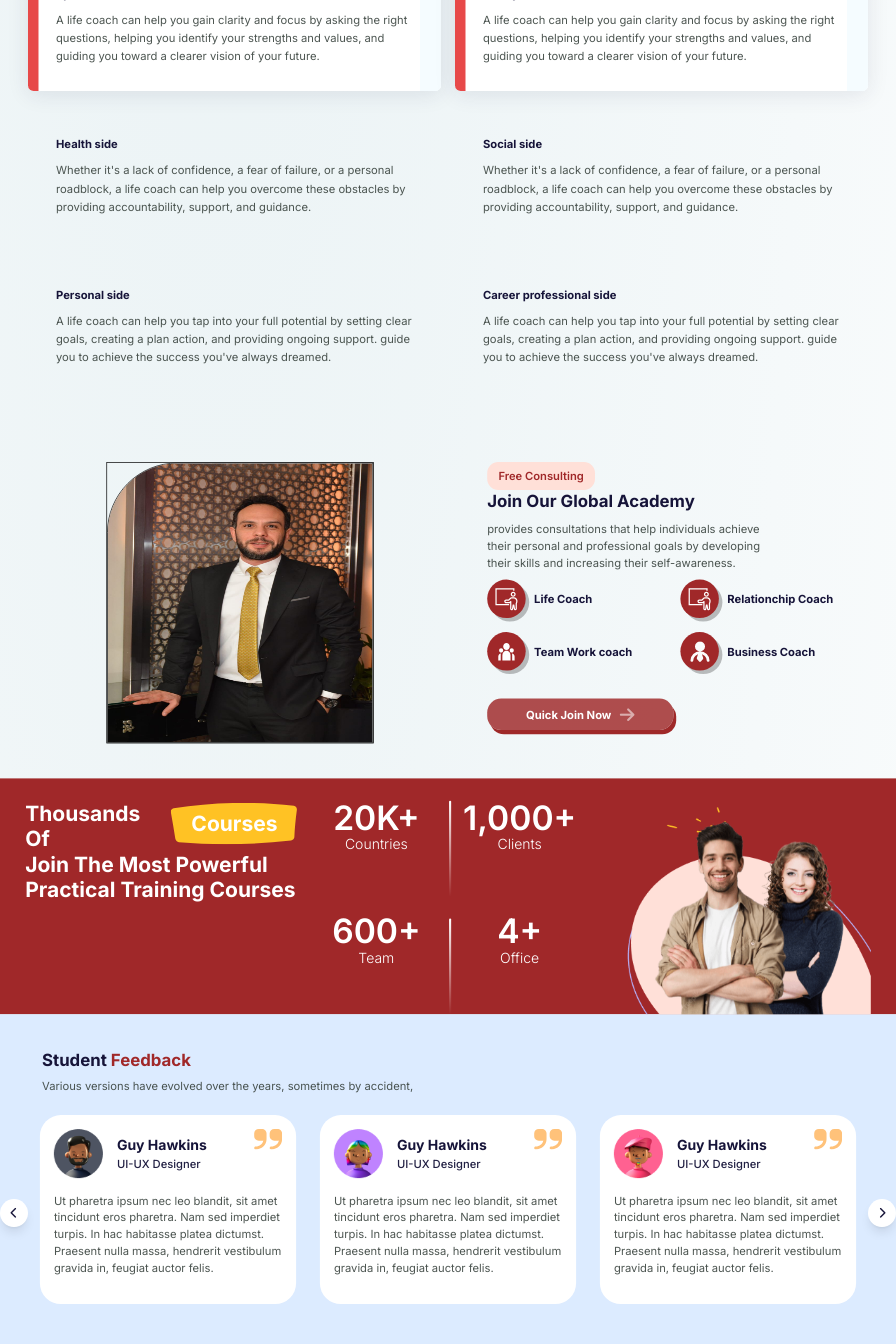
Repository: OmarAhmedEl-hanafy/OT_FRONT
Page: /
These files come from the project's save history. The page is drawn as it stood at one moment and after the next save; the edit follows.
The browser window is 1280 px wide. The pictures show the part of the page from y = 2000 to 3920 px (the page is 5579 px tall), at 70% of full size.
The page's requests for data from a server got no answer. The project was rebuilt for these pictures with package versions that can differ from the ones it lists, and the page was loaded fresh each time. No one was signed in, and anything a server would have sent is missing. Also part of the build but not shown: vite.config.ts, src/components/Legout/Legout.tsx, src/pages/AboutUs/AboutUs.css, src/pages/AboutUs/Section2.tsx, src/pages/AboutUs/Section3.tsx, src/pages/AboutUs/Section4.css, src/pages/AboutUs/Section4.tsx, src/pages/AboutUs/AboutUs.tsx and 28 more. Imported but missing from the stored project, and not drawn on this page: src/assets/images/video-1.mp4, src/assets/images/video-2.mp4.

Above is the page before, as saved 2024-07-28 17:41:01.

### index.html
<!doctype html>
<html lang="en">
  <head>
    <meta charset="UTF-8" />
    <link rel="icon" type="image/svg+xml" href="/dist/OT_Logo.png" />
    <meta name="viewport" content="width=device-width, initial-scale=1.0" />
    <title>OT-Learning</title>
  </head>
  <body>
    <div id="root"></div>
    <script type="module" src="/src/main.tsx"></script>
  </body>
</html>

### src/main.tsx
import React from "react";
import ReactDOM from "react-dom/client";
import { BrowserRouter } from "react-router-dom";
import "@fortawesome/fontawesome-free/css/all.min.css";
import "slick-carousel/slick/slick.css";
import "slick-carousel/slick/slick-theme.css";
import 'react-toastify/dist/ReactToastify.css';
import App from "./App.tsx";
import "./index.css";
import { QueryClient, QueryClientProvider } from "react-query";
import { ThemeProvider } from "@material-tailwind/react";

const queryClient = new QueryClient();

ReactDOM.createRoot(document.getElementById("root")!).render(
  <React.StrictMode>
    <BrowserRouter>
      <QueryClientProvider client={queryClient}>
        <ThemeProvider>
          <App />
        </ThemeProvider>
      </QueryClientProvider>
    </BrowserRouter>
  </React.StrictMode>
);

### src/layouts/MainLayout.tsx
import { Outlet } from "react-router-dom";
import Navbar from "../components/Navbar/Navbar";
import Footer from "../components/Footer/Footer";
import { useRef } from "react";

function MainLayout() {
  const navRef = useRef(null);
  return (
    <>
      <Navbar ref={navRef} />
      <Outlet />
      <Footer />
    </>
  );
}

export default MainLayout;

### src/components/LoadingPage/LoadingPage.tsx
import { Grid } from "react-loader-spinner";

function LoadingPage() {
  return (
    <div className="absolute top-0 left-0 h-screen w-full bg-bg-main z-[9999999] flex items-center justify-center">
      <Grid
        visible={true}
        height="80"
        width="80"
        color="rgb(50, 96, 158)"
        ariaLabel="grid-loading"
        radius="12.5"
        wrapperStyle={{}}
        wrapperClass="grid-wrapper"
      />
    </div>
  );
}

export default LoadingPage;

### src/components/Logo/Logo.tsx
import { Link } from "react-router-dom";
import logo from "../../assets/images/logo.svg";

function Logo({height}:{height:number}) {
  return (
    <div>
      <Link to="/" style={{height:`${height}px`}} className={`text-white block max-w-max`}>
        <img src={logo} alt="RS" />
      </Link>
    </div>
  );
}

export default Logo;

### src/components/HomeComponents/FreeConsulting.tsx
// import imgCons from "../../assets/images/consulting.svg";
import imgRs from "../../assets/images/assitants/RS/rs-3.jpg";
import ButtonMore from "../ButtonMore/ButtonMore";
import HighLight from "../HighLight/HighLight";
import Consult from "./Consult";

function FreeConsulting() {
  const consults = [
    {
      icon: (
        <svg
          width="43"
          height="42"
          viewBox="0 0 43 42"
          fill="none"
          xmlns="http://www.w3.org/2000/svg"
        >
          <path
            fillRule="evenodd"
            clipRule="evenodd"
            d="M5.75 5.25V29.75H25.3386V28H7.5V7H31.125V8.855H32.875V5.25H5.75ZM32.875 14C32.875 14.4641 32.6906 14.9092 32.3624 15.2374C32.0343 15.5656 31.5891 15.75 31.125 15.75C30.6609 15.75 30.2157 15.5656 29.8876 15.2374C29.5594 14.9092 29.375 14.4641 29.375 14C29.375 13.5359 29.5594 13.0908 29.8876 12.7626C30.2157 12.4344 30.6609 12.25 31.125 12.25C31.5891 12.25 32.0343 12.4344 32.3624 12.7626C32.6906 13.0908 32.875 13.5359 32.875 14ZM34.625 14C34.625 14.9283 34.2563 15.8185 33.5999 16.4749C32.9435 17.1313 32.0533 17.5 31.125 17.5C30.1967 17.5 29.3065 17.1313 28.6501 16.4749C27.9937 15.8185 27.625 14.9283 27.625 14C27.625 13.0717 27.9937 12.1815 28.6501 11.5251C29.3065 10.8687 30.1967 10.5 31.125 10.5C32.0533 10.5 32.9435 10.8687 33.5999 11.5251C34.2563 12.1815 34.625 13.0717 34.625 14Z"
            fill="white"
          />
          <path
            fillRule="evenodd"
            clipRule="evenodd"
            d="M26.8318 19.1012C27.3197 18.6354 27.9684 18.3753 28.643 18.375H32.2148C33.4958 18.375 34.6884 18.8107 35.6071 19.6787C36.4909 20.5135 36.9511 21.5836 37.1393 22.5977C37.435 24.192 37.1288 25.9341 36.3754 27.4785V34.5625C36.3754 35.1114 36.169 35.6403 35.7972 36.0442C35.4254 36.448 34.9154 36.6974 34.3683 36.7426C33.8212 36.7879 33.2771 36.6258 32.844 36.2886C32.4109 35.9514 32.1204 35.4636 32.0301 34.9221L31.5629 32.1186L31.0956 34.9221C31.0054 35.4636 30.7149 35.9514 30.2818 36.2886C29.8486 36.6258 29.3045 36.7879 28.7575 36.7426C28.2104 36.6974 27.7003 36.448 27.3285 36.0442C26.9567 35.6403 26.7504 35.1114 26.7504 34.5625V26.3314C26.3513 26.5618 25.8987 26.6831 25.4379 26.6831H20.9736C20.2774 26.6831 19.6098 26.4066 19.1175 25.9143C18.6252 25.422 18.3486 24.7543 18.3486 24.0581C18.3486 23.3619 18.6252 22.6943 19.1175 22.202C19.6098 21.7097 20.2774 21.4331 20.9736 21.4331H24.3861L26.8318 19.1012ZM28.5004 29.2906V34.5625C28.5007 34.6721 28.5421 34.7776 28.6164 34.8581C28.6908 34.9386 28.7927 34.9883 28.9019 34.9973C29.0111 35.0063 29.1197 34.974 29.2063 34.9068C29.2928 34.8396 29.351 34.7423 29.3693 34.6342L30.2819 29.1602C30.3158 28.9559 30.4212 28.7703 30.5792 28.6364C30.7371 28.5024 30.9375 28.4288 31.1446 28.4288H31.9811C32.1883 28.4288 32.3886 28.5024 32.5466 28.6364C32.7046 28.7703 32.8099 28.9559 32.8439 29.1602L33.7565 34.6342C33.7748 34.7423 33.8329 34.8396 33.9195 34.9068C34.006 34.974 34.1147 35.0063 34.2239 34.9973C34.3331 34.9883 34.435 34.9386 34.5093 34.8581C34.5837 34.7776 34.6251 34.6721 34.6254 34.5625V27.2711C34.6254 27.131 34.659 26.993 34.7234 26.8686C35.3989 25.564 35.6448 24.1351 35.419 22.9171C35.2816 22.1769 34.9605 21.4751 34.4058 20.951C33.8396 20.4164 33.0889 20.125 32.2148 20.125H28.6439C28.419 20.125 28.202 20.2116 28.0393 20.3665L25.3408 22.9408C25.1781 23.0961 24.9619 23.1829 24.737 23.1831H20.9736C20.7416 23.1831 20.519 23.2753 20.3549 23.4394C20.1908 23.6035 20.0986 23.8261 20.0986 24.0581C20.0986 24.2902 20.1908 24.5127 20.3549 24.6768C20.519 24.8409 20.7416 24.9331 20.9736 24.9331H25.4379C25.6628 24.9329 25.879 24.8461 26.0416 24.6908L27.0216 23.7562C27.1456 23.6381 27.3016 23.5589 27.4701 23.5285C27.6387 23.4981 27.8125 23.5178 27.9699 23.5853C28.1274 23.6527 28.2616 23.7649 28.3559 23.9079C28.4502 24.0509 28.5004 24.2185 28.5004 24.3898V29.2906Z"
            fill="white"
          />
        </svg>
      ),
      text: "Life Coach",
    },
    {
      icon: (
        <svg
          width="43"
          height="42"
          viewBox="0 0 43 42"
          fill="none"
          xmlns="http://www.w3.org/2000/svg"
        >
          <path
            fillRule="evenodd"
            clipRule="evenodd"
            d="M5.75 5.25V29.75H25.3386V28H7.5V7H31.125V8.855H32.875V5.25H5.75ZM32.875 14C32.875 14.4641 32.6906 14.9092 32.3624 15.2374C32.0343 15.5656 31.5891 15.75 31.125 15.75C30.6609 15.75 30.2157 15.5656 29.8876 15.2374C29.5594 14.9092 29.375 14.4641 29.375 14C29.375 13.5359 29.5594 13.0908 29.8876 12.7626C30.2157 12.4344 30.6609 12.25 31.125 12.25C31.5891 12.25 32.0343 12.4344 32.3624 12.7626C32.6906 13.0908 32.875 13.5359 32.875 14ZM34.625 14C34.625 14.9283 34.2563 15.8185 33.5999 16.4749C32.9435 17.1313 32.0533 17.5 31.125 17.5C30.1967 17.5 29.3065 17.1313 28.6501 16.4749C27.9937 15.8185 27.625 14.9283 27.625 14C27.625 13.0717 27.9937 12.1815 28.6501 11.5251C29.3065 10.8687 30.1967 10.5 31.125 10.5C32.0533 10.5 32.9435 10.8687 33.5999 11.5251C34.2563 12.1815 34.625 13.0717 34.625 14Z"
            fill="white"
          />
          <path
            fillRule="evenodd"
            clipRule="evenodd"
            d="M26.8318 19.1012C27.3197 18.6354 27.9684 18.3753 28.643 18.375H32.2148C33.4958 18.375 34.6884 18.8107 35.6071 19.6787C36.4909 20.5135 36.9511 21.5836 37.1393 22.5977C37.435 24.192 37.1288 25.9341 36.3754 27.4785V34.5625C36.3754 35.1114 36.169 35.6403 35.7972 36.0442C35.4254 36.448 34.9154 36.6974 34.3683 36.7426C33.8212 36.7879 33.2771 36.6258 32.844 36.2886C32.4109 35.9514 32.1204 35.4636 32.0301 34.9221L31.5629 32.1186L31.0956 34.9221C31.0054 35.4636 30.7149 35.9514 30.2818 36.2886C29.8486 36.6258 29.3045 36.7879 28.7575 36.7426C28.2104 36.6974 27.7003 36.448 27.3285 36.0442C26.9567 35.6403 26.7504 35.1114 26.7504 34.5625V26.3314C26.3513 26.5618 25.8987 26.6831 25.4379 26.6831H20.9736C20.2774 26.6831 19.6098 26.4066 19.1175 25.9143C18.6252 25.422 18.3486 24.7543 18.3486 24.0581C18.3486 23.3619 18.6252 22.6943 19.1175 22.202C19.6098 21.7097 20.2774 21.4331 20.9736 21.4331H24.3861L26.8318 19.1012ZM28.5004 29.2906V34.5625C28.5007 34.6721 28.5421 34.7776 28.6164 34.8581C28.6908 34.9386 28.7927 34.9883 28.9019 34.9973C29.0111 35.0063 29.1197 34.974 29.2063 34.9068C29.2928 34.8396 29.351 34.7423 29.3693 34.6342L30.2819 29.1602C30.3158 28.9559 30.4212 28.7703 30.5792 28.6364C30.7371 28.5024 30.9375 28.4288 31.1446 28.4288H31.9811C32.1883 28.4288 32.3886 28.5024 32.5466 28.6364C32.7046 28.7703 32.8099 28.9559 32.8439 29.1602L33.7565 34.6342C33.7748 34.7423 33.8329 34.8396 33.9195 34.9068C34.006 34.974 34.1147 35.0063 34.2239 34.9973C34.3331 34.9883 34.435 34.9386 34.5093 34.8581C34.5837 34.7776 34.6251 34.6721 34.6254 34.5625V27.2711C34.6254 27.131 34.659 26.993 34.7234 26.8686C35.3989 25.564 35.6448 24.1351 35.419 22.9171C35.2816 22.1769 34.9605 21.4751 34.4058 20.951C33.8396 20.4164 33.0889 20.125 32.2148 20.125H28.6439C28.419 20.125 28.202 20.2116 28.0393 20.3665L25.3408 22.9408C25.1781 23.0961 24.9619 23.1829 24.737 23.1831H20.9736C20.7416 23.1831 20.519 23.2753 20.3549 23.4394C20.1908 23.6035 20.0986 23.8261 20.0986 24.0581C20.0986 24.2902 20.1908 24.5127 20.3549 24.6768C20.519 24.8409 20.7416 24.9331 20.9736 24.9331H25.4379C25.6628 24.9329 25.879 24.8461 26.0416 24.6908L27.0216 23.7562C27.1456 23.6381 27.3016 23.5589 27.4701 23.5285C27.6387 23.4981 27.8125 23.5178 27.9699 23.5853C28.1274 23.6527 28.2616 23.7649 28.3559 23.9079C28.4502 24.0509 28.5004 24.2185 28.5004 24.3898V29.2906Z"
            fill="white"
          />
        </svg>
      ),
      text: "Relationchip Coach",
    },
    {
      icon: (
        <svg
          width="29"
          height="30"
          viewBox="0 0 29 30"
          fill="none"
          xmlns="http://www.w3.org/2000/svg"
        >
          <path
            d="M14.4997 12.5C15.7374 12.5 16.9243 11.9732 17.7995 11.0355C18.6747 10.0979 19.1663 8.82608 19.1663 7.5C19.1663 6.17392 18.6747 4.90215 17.7995 3.96447C16.9243 3.02678 15.7374 2.5 14.4997 2.5C13.262 2.5 12.075 3.02678 11.1998 3.96447C10.3247 4.90215 9.83301 6.17392 9.83301 7.5C9.83301 8.82608 10.3247 10.0979 11.1998 11.0355C12.075 11.9732 13.262 12.5 14.4997 12.5ZM6.91634 16.25C7.68989 16.25 8.43176 15.9208 8.97874 15.3347C9.52572 14.7487 9.83301 13.9538 9.83301 13.125C9.83301 12.2962 9.52572 11.5013 8.97874 10.9153C8.43176 10.3292 7.68989 10 6.91634 10C6.14279 10 5.40093 10.3292 4.85395 10.9153C4.30697 11.5013 3.99967 12.2962 3.99967 13.125C3.99967 13.9538 4.30697 14.7487 4.85395 15.3347C5.40093 15.9208 6.14279 16.25 6.91634 16.25ZM24.9997 13.125C24.9997 13.9538 24.6924 14.7487 24.1454 15.3347C23.5984 15.9208 22.8566 16.25 22.083 16.25C21.3095 16.25 20.5676 15.9208 20.0206 15.3347C19.4736 14.7487 19.1663 13.9538 19.1663 13.125C19.1663 12.2962 19.4736 11.5013 20.0206 10.9153C20.5676 10.3292 21.3095 10 22.083 10C22.8566 10 23.5984 10.3292 24.1454 10.9153C24.6924 11.5013 24.9997 12.2962 24.9997 13.125ZM14.4997 13.75C16.0468 13.75 17.5305 14.4085 18.6245 15.5806C19.7184 16.7527 20.333 18.3424 20.333 20V27.5H8.66634V20C8.66634 18.3424 9.28092 16.7527 10.3749 15.5806C11.4688 14.4085 12.9526 13.75 14.4997 13.75ZM6.33301 20C6.33301 19.1338 6.44967 18.2975 6.66901 17.5075L6.47067 17.525C5.4707 17.6426 4.54645 18.1516 3.87515 18.9544C3.20385 19.7571 2.83275 20.7972 2.83301 21.875V27.5H6.33301V20ZM26.1663 27.5V21.875C26.1665 20.7605 25.7696 19.6879 25.0567 18.8762C24.3438 18.0646 23.3687 17.575 22.3303 17.5075C22.5485 18.2975 22.6663 19.1338 22.6663 20V27.5H26.1663Z"
            fill="white"
          />
        </svg>
      ),
      text: "Team Work coach",
    },
    {
      icon: (
        <svg
          width="32"
          height="30"
          viewBox="0 0 32 30"
          fill="none"
          xmlns="http://www.w3.org/2000/svg"
        >
          <path
            d="M15.9997 12.5C18.8531 12.5 21.1663 10.2614 21.1663 7.5C21.1663 4.73858 18.8531 2.5 15.9997 2.5C13.1462 2.5 10.833 4.73858 10.833 7.5C10.833 10.2614 13.1462 12.5 15.9997 12.5Z"
            fill="#FBFBFB"
            stroke="#FBFBFB"
            strokeWidth="4"
            strokeLinecap="round"
            strokeLinejoin="round"
          />
          <path
            d="M27.625 27.5C27.625 21.2869 22.4202 16.25 16 16.25C9.57977 16.25 4.375 21.2869 4.375 27.5"
            stroke="#FBFBFB"
            strokeWidth="4"
            strokeLinecap="round"
            strokeLinejoin="round"
          />
          <path
            d="M16.0003 27.5L18.5837 24.375L16.0003 16.25L13.417 24.375L16.0003 27.5Z"
            fill="#FBFBFB"
            stroke="#FBFBFB"
            strokeWidth="4"
            strokeLinecap="round"
            strokeLinejoin="round"
          />
        </svg>
      ),
      text: "Business Coach",
    },
  ];

  return (
    <section className="my-[50px]">
      <div className="container">
        <div className="grid md:grid-cols-2 gap-3 px-3">
          <div className="px-[100px]">
            {/* <img className="" src={imgCons} alt="Consulting" /> */}
            <div className="relative border border-black">
              <img
                className="rounded-tl-[100px] h-[400px] border border-black "
                src={imgRs}
                alt="Consulting"
              />

              <div className="absolute bottom-0 right-0 h-1/2 w-1/2"></div>
            </div>
          </div>

          <div className="pl-[50px]">
            <div className="">
              <HighLight text="Free Consulting" />
            </div>

            <h2 className="text-2xl font-bold">Join Our Global Academy</h2>

            <p className="my-3 pr-10 md:pr-28">
              provides consultations that help individuals achieve their
              personal and professional goals by developing their skills and
              increasing their self-awareness.
            </p>

            <div className="grid md:grid-cols-2 gap-5">
              {consults.map((consult, ind) => (
                <div key={ind}>
                  <Consult consult={consult} />
                </div>
              ))}
            </div>

            <div className="mt-10">
              <ButtonMore
                obj={{
                  text: "Quick Join Now",
                  link: "/",
                }}
              />
            </div>
          </div>
        </div>
      </div>
    </section>
  );
}

export default FreeConsulting;

### src/components/HomeComponents/AssistantCoach.tsx
import axios from "axios"
import HighLight from "../HighLight/HighLight"
import AssitantsSlider from "./AssitantsSlider"
import { useQuery } from "react-query";
import LoadingPage from "../LoadingPage/LoadingPage";

function AssistantCoach() {

  const GetInstructors = ()=> {
    return axios.get(`${import.meta.env.VITE_APP_API_URL}/Admin/GetInstructors`);
  }

  const {data:assitants, isLoading } = useQuery('GetInstructors',GetInstructors,{
    refetchInterval:false,
    refetchOnWindowFocus:false,
    refetchOnMount:false,
  })

  if(isLoading) return <LoadingPage/>


  return (
    <section className="my-[50px]">
        <div className="container">
            <div className="max-w-max mx-auto">
                <HighLight text={'Skilled Introduce'} />
            </div>
            <h2 className="text-xl md:text-2xl font-bold text-center mt-3">Our Top Class & Professional,<br/>
            Assistant Coach in One Place</h2>

            <AssitantsSlider assitants={assitants?.data} />
        </div>
    </section>
  )
}

export default AssistantCoach

### src/components/AnimationText.tsx
import { motion } from "framer-motion";

type props = {
  obj: {
    text: string;
  };
};

const spanVariants = {
  hidden: {
    opacity: 0,
    x: "-20%",
  },
  visible: {
    opacity: 1,
    x: "0%",
  },
};

function AnimationText({ obj }: props) {
  const text = obj.text;

  return (
    <>
      {text.split("").map((char, index) => (
        <motion.span
          variants={spanVariants}
          initial="hidden"
          // animate={"visible"}
          whileInView={"visible"}
          transition={{ ease: "easeOut", duration: 1, delay: (0.3+index/10) }}
          key={index}
        >
          {char}
        </motion.span>
      ))}
    </>
  );
}

export default AnimationText;

### src/components/HighLight/HighLight.tsx

type props = {
    text:string,
}

function HighLight({text}:props) {
  return (
    <div className="bg-[#FFE0D8] text-main-color px-4 py-2 rounded-2xl max-w-max">
        <h5 className="capitalize text-[16px] font-semibold">{text}</h5>
    </div>
  )
}

export default HighLight

### src/components/ButtonMore/ButtonMore.tsx
import { Link } from "react-router-dom"

type props = {
    obj : {
        link:string,
        text:string,
    }
}

function ButtonMore({obj}:props) {
  return (
    <Link to={obj.link} className="btn btn-main btn-more w-[80%] md:w-[50%]" data-content ={obj.text}>
        {obj.text}
        <i className="fas fa-arrow-right ml-3 text-2xl animate-pulse"></i>
    </Link>
  )
}

export default ButtonMore

### src/components/HomeComponents/BoxWhy/BoxWhy.tsx
import { useRef } from "react";
import "./BoxWhy.css";
import { useInView, motion } from "framer-motion";

const divLeftVariants = {
  hidden: {
    opacity: 0,
    x: "-20%",
  },
  visible: {
    opacity: 1,
    x: "0%",
  },
};

function PopularCourses({ boxWhy }: any) {
  const ref = useRef(null);
  const isInView = useInView(ref);

  return (
    <motion.div
      ref={ref}
      variants={divLeftVariants}
      initial="hidden"
      animate={`${isInView ? "visible" : ""}`}
      transition={{ ease:"backIn", duration: 1, delay: 0.3 }}
      className={`box-hover ${
        boxWhy.title === "Spiritual side" || boxWhy.title === "Family side"
          ? "box-why"
          : ""
      } `}
    >
      <h2 className="font-bold">{boxWhy.title}</h2>
      <p className="my-3 leading-[26px]">{boxWhy.description}</p>
    </motion.div>
  );
}

export default PopularCourses;

### src/components/HomeComponents/Consult.tsx

function Consult({ consult }: any) {
  return (
    <div className="flex items-center gap-3">
      <div
        style={{ boxShadow: "5px 5px 0px rgba(0, 0, 0, 0.25)" }}
        className="flex items-center justify-center w-[55px] h-[55px] bg-main-color rounded-full"
      >
        {consult.icon}
      </div>

      <div className="">
        <h4 className="font-bold text-[16px]">{consult.text}</h4>
      </div>
    </div>
  );
}

export default Consult;

### src/components/HomeComponents/AchievementBox.tsx
import CountUp from "react-countup"

function AchievementBox({achievement}:any) {
  return (
    <div className="flex items-center gap-3">
        <div className="shadow-lg">
            {achievement.icon}
        </div>
        <div className="flex flex-col">
            <span className="text-2xl font-bold font-raleway">
                <CountUp end={achievement.number} duration={2} enableScrollSpy={true} /> +</span>
            <p>{achievement.name}</p>
        </div>
    </div>
  )
}

export default AchievementBox

### src/components/HomeComponents/BoxWhy/BoxWhy.css

.box-hover {
  transition: all 0.6s;
  -webkit-transition: all 0.6s;
  -moz-transition: all 0.6s;
  -ms-transition: all 0.6s;
  -o-transition: all 0.6s;
  padding: 24px 40px 25.01px;
}

.box-why,
.box-hover:hover {
  position: relative;
  padding: 24px 40px 25.01px;
  box-shadow: 0px 5px 30px rgba(39, 35, 74, 0.1);
  border-radius: 8px;
  background-color: #ffffff;
  overflow: hidden;
}

.box-why::before,
.box-why::after,
.box-hover::before,
.box-hover::after {
  position: absolute;
  content: "";
  top: 0;
  height: 100%;
  transition: all 0.6s;
  -webkit-transition: all 0.6s;
  -moz-transition: all 0.6s;
  -ms-transition: all 0.6s;
  -o-transition: all 0.6s;
}

.box-why::before,
.box-hover:hover::before {
  left: 0;
  width: 15px;
  background-color: rgba(226, 32, 32, 0.815);
}

.box-why::after,
.box-hover:hover::after {
  right: 0;
  width: 30px;
  background-color: var(--bg-main);
}

Loaded but not shown: tailwind.config.js (39 lines, source omitted); src/components/HomeComponents/TopFeatures.tsx (172 lines, source omitted); src/components/HomeComponents/MoreAboutUs.tsx (192 lines, source omitted); src/components/HomeComponents/Achievement.tsx (196 lines, source omitted); src/components/Navbar/Navbar.tsx (225 lines, source omitted); src/components/HomeComponents/BlogBox.tsx (95 lines, source omitted); src/pages/AboutUs/Section2.css (357 lines, source omitted); src/components/HomeComponents/GlobalAca.tsx (152 lines, source omitted); src/components/HomeComponents/Feature.tsx (88 lines, source omitted); src/components/Footer/Contact.tsx (109 lines, source omitted); src/components/HomeComponents/WithUs.tsx (133 lines, source omitted); src/components/HomeComponents/StudentFeedback.tsx (113 lines, source omitted); src/components/HomeComponents/Nums.tsx (81 lines, source omitted); src/index.css (164 lines, source omitted); src/pages/AboutUs/Section3.css (173 lines, source omitted); src/components/HomeComponents/WhyTraining.tsx (62 lines, source omitted); src/components/Footer/Footer.tsx (65 lines, source omitted); src/App.tsx (76 lines, source omitted); src/pages/Home/Home.tsx (72 lines, source omitted); src/components/HomeComponents/Header.tsx (67 lines, source omitted); src/components/HomeComponents/StudentFeedBackBox.tsx (35 lines, source omitted); src/components/HomeComponents/Blogs.tsx (55 lines, source omitted); src/components/HomeComponents/PopularCourses.tsx (45 lines, source omitted)

After the next save:
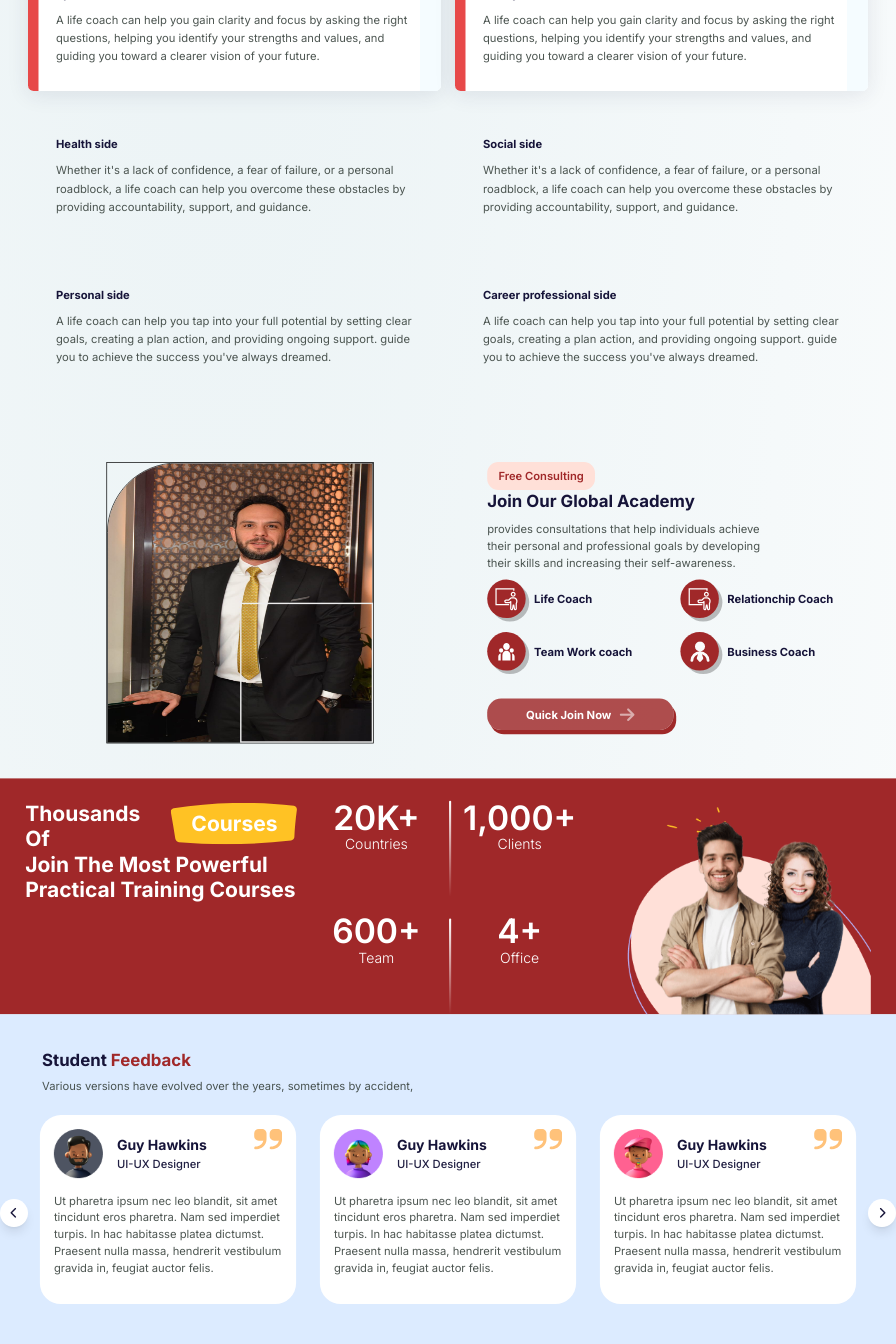
Saved 22 s later.
--- a/src/components/HomeComponents/FreeConsulting.tsx
+++ b/src/components/HomeComponents/FreeConsulting.tsx
@@ -124,7 +124,7 @@ function FreeConsulting() {
                 alt="Consulting"
               />
 
-              <div className="absolute bottom-0 right-0 h-1/2 w-1/2"></div>
+              <div className="absolute bottom-0 right-0 h-1/2 w-1/2 text-main-color border-2"></div>
             </div>
           </div>
 
